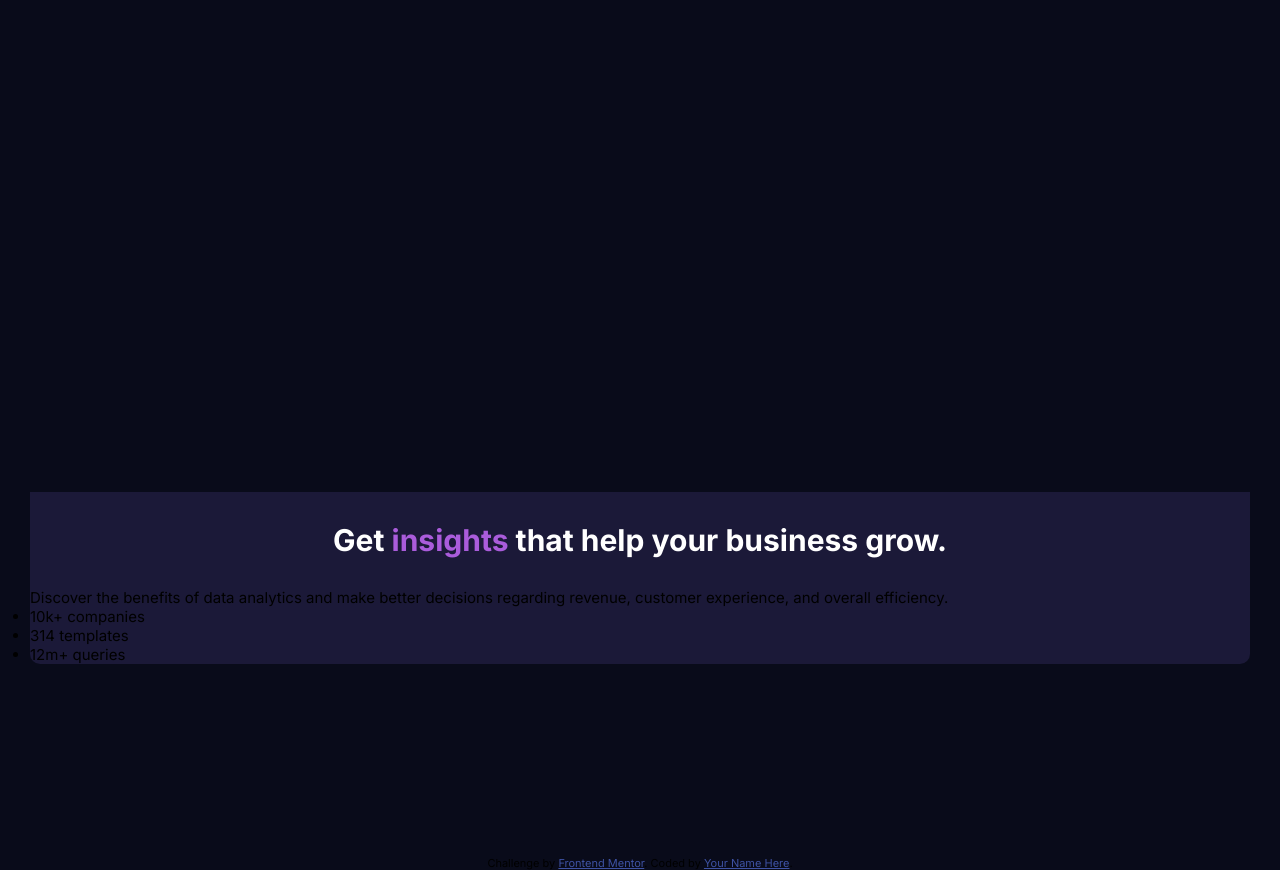
Repository: DejV44/stats-preview-card-component-main
Page: index.html
The author's editor kept a copy of each file at every save. The page is drawn from the files as they stood at one save, then again after the next save.
The browser window is 1280 px wide. The pictures show the whole page.
The style sheet was rebuilt from its Sass, Less or Tailwind sources for each picture, by a compiler version that may differ from the author's.

Above is the page before, as saved 2021-07-05 00:04:38.

### index.html
<!DOCTYPE html>
<html lang="en">
<head>
  <meta charset="UTF-8">
  <meta name="viewport" content="width=device-width, initial-scale=1.0"> <!-- displays site properly based on user's device -->

  <link rel="icon" type="image/png" sizes="32x32" href="./images/favicon-32x32.png">
  <link rel="stylesheet" href="/css/style.css">


  <title>Frontend Mentor | Stats preview card component</title>
</head>
<body>
  <div class="container">
    <div class="picture">
      <div class="overlay"></div>
    </div>
    <div class="card">
      <h1>Get <span>insights</span> that help your business grow.</h1>

      <p>Discover the benefits of data analytics and make better decisions regarding revenue, customer
      experience, and overall efficiency.</p>

      <ul>
        <li>10k+ companies</li>
        <li>314 templates</li>
        <li>12m+ queries</li>
      </ul>
    </div>
  </div>


  <div class="attribution">
    Challenge by <a href="https://www.frontendmentor.io?ref=challenge" target="_blank">Frontend Mentor</a>.
    Coded by <a href="#">Your Name Here</a>.
  </div>
</body>
</html>

### css/style.scss
$mainBackground: hsl(233, 47%, 7%);
$cardBackground: hsl(244, 38%, 16%);
$accent: hsl(277, 64%, 61%);

$mainHeading: hsl(0, 0%, 100%);
$mainParagraph: hsla(0, 0%, 100%, 0.75);
$statHeadings: hsla(0, 0%, 100%, 0.6);

@import url("https://fonts.googleapis.com/css2?family=Inter:wght@400;700&display=swap");

@import url("https://fonts.googleapis.com/css2?family=Lexend+Deca&display=swap");

* {
  margin: 0;
  padding: 0;
  box-sizing: border-box;
}

body {
  font-family: "Inter", sans-serif;
  font-size: 15px;
  background-color: $mainBackground;

  .container {
    margin: 15% 30px;
    border-radius: 10px;
    .picture {

      border-radius: 10px 10px 0 0;
      background: url("/images/image-header-mobile.jpg") no-repeat, center/inherit;
      height: 300px;
    }

    .card {
        border-radius: 0 0 10px 10px;
        background: $cardBackground;
        h1 {
            margin: 0 auto;
            padding: 30px 25px;
            color: $mainHeading;
            text-align: center;
            span {
                color: $accent;
            }
        }
    }
  }

  .attribution {
    font-size: 11px;
    text-align: center;

    a {
      color: hsl(228, 45%, 44%);
    }
  }
}

After the next save:
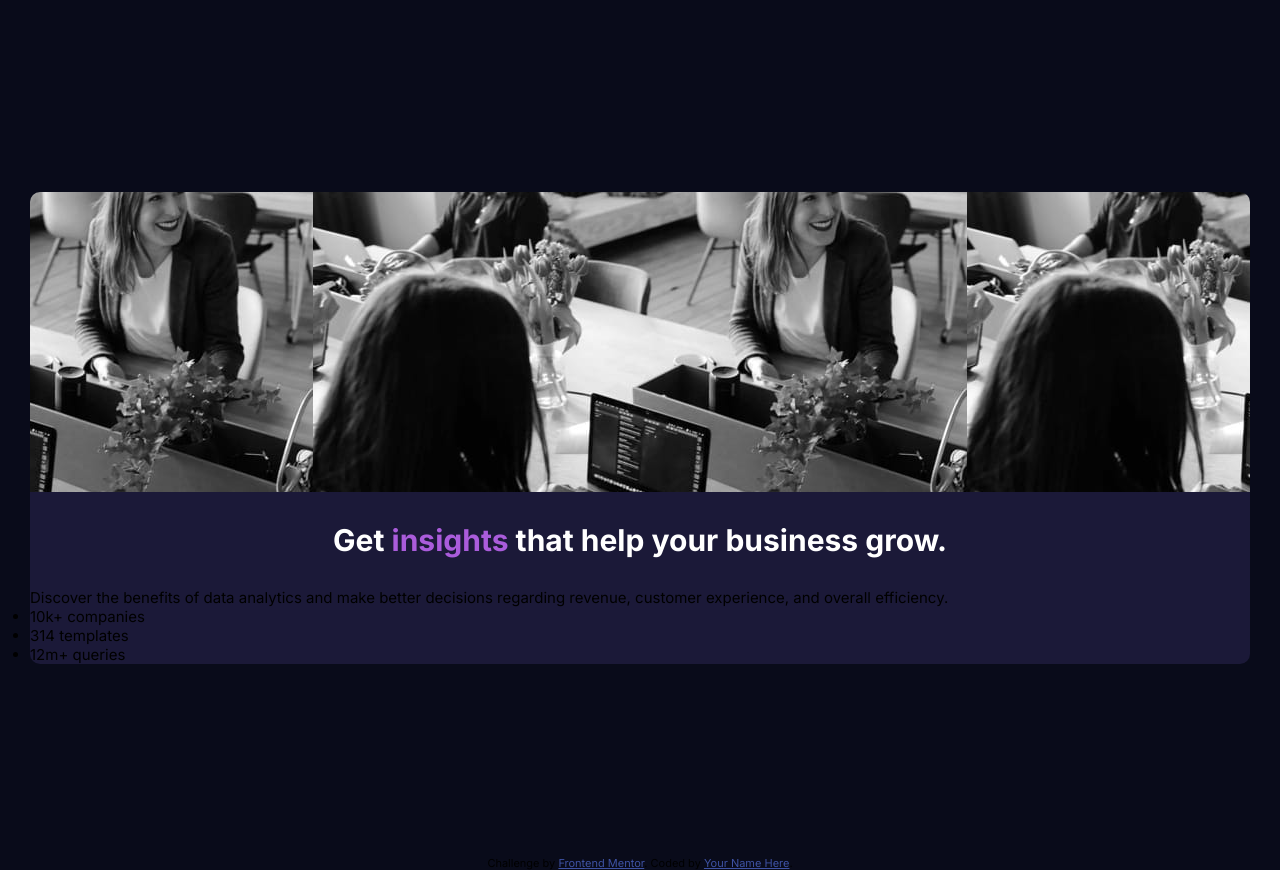
Saved 46 s later.
--- a/css/style.scss
+++ b/css/style.scss
@@ -27,7 +27,8 @@ body {
     .picture {
 
       border-radius: 10px 10px 0 0;
-      background: url("/images/image-header-mobile.jpg") no-repeat, center/inherit;
+      background: url("/images/image-header-mobile.jpg");
+      background-position: center;
       height: 300px;
     }
 
